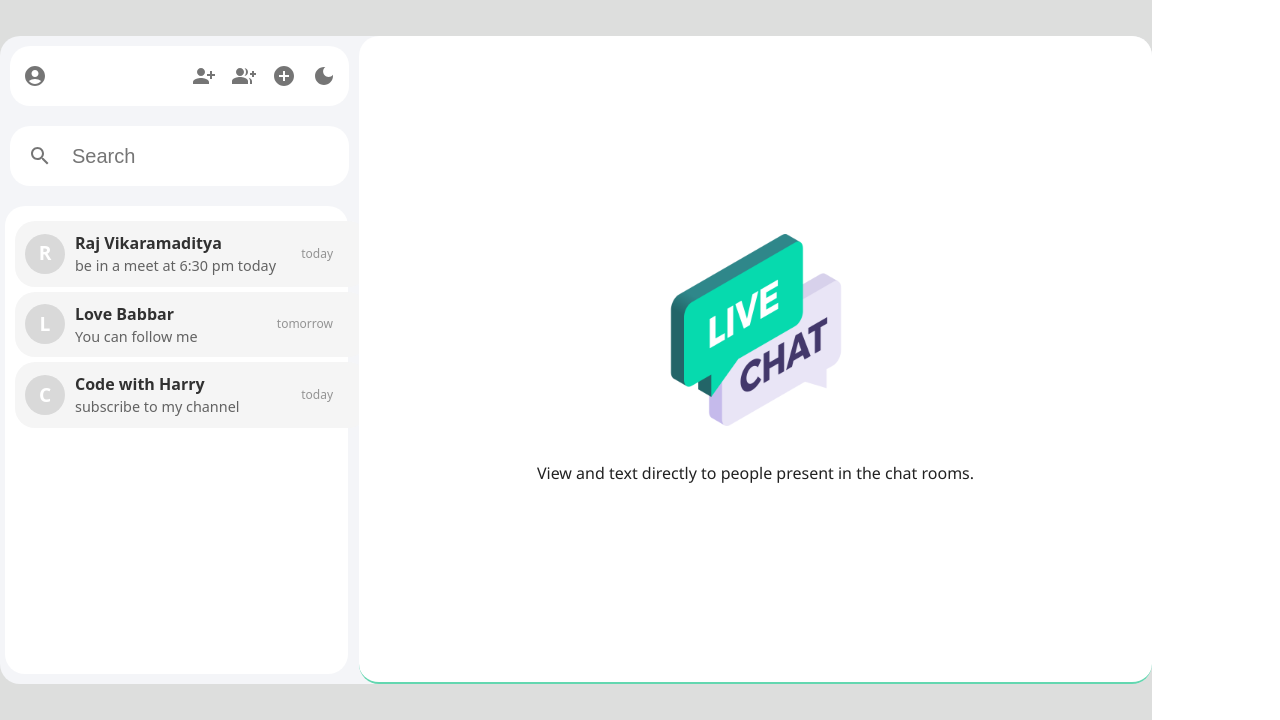
Repository: rahul-chakradhari/chat_app
Page: /
These files come from the project's save history. The page is drawn as it stood at one moment and after the next save; the edit follows.
The browser window is 1280 px wide. The pictures show the whole page.
The project was rebuilt for these pictures with package versions that can differ from the ones it lists, and the page was loaded fresh each time. Also part of the build but not shown: vite.config.js, src/components/Messagebyme.jsx, src/components/Messagebyothers.jsx, src/components/Chatarea.jsx.

Above is the page before, as saved 2025-02-28 19:35:00.

After the next save:
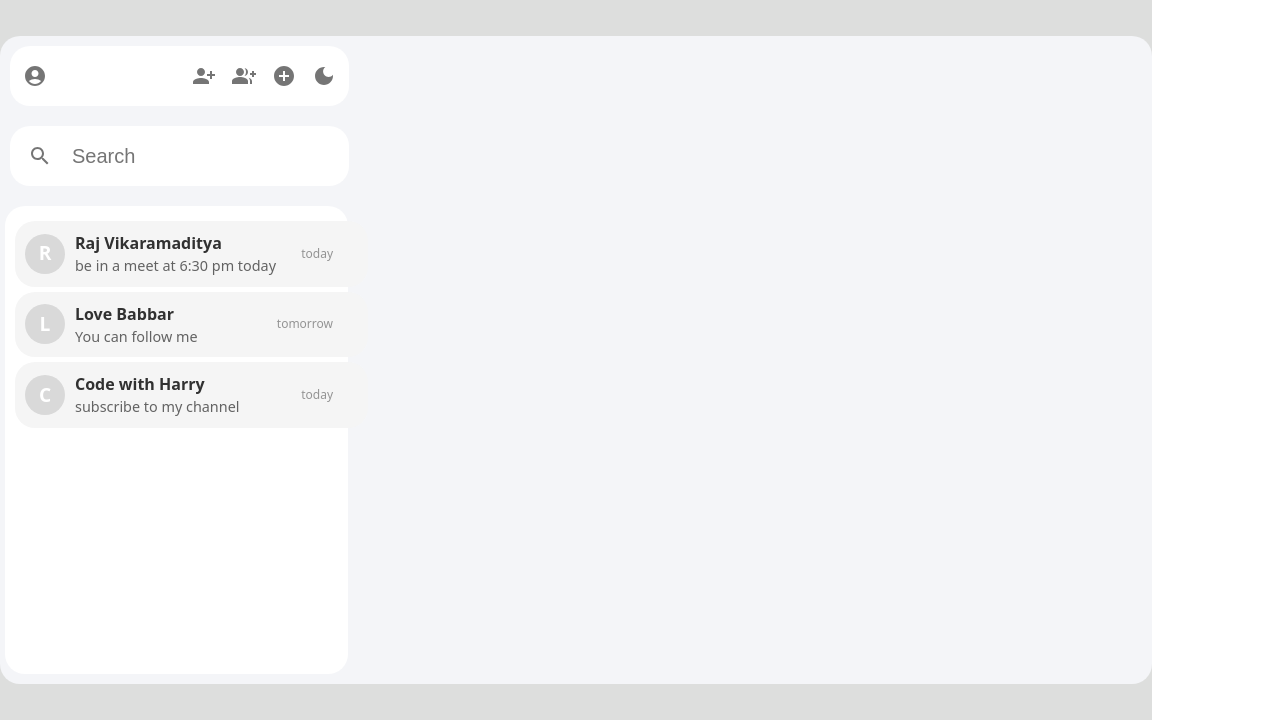
Saved 5 min 11 s later.
--- a/src/components/Maincontainer.jsx
+++ b/src/components/Maincontainer.jsx
@@ -7,7 +7,7 @@ const Maincontainer = () => {
   return (
     <div className="main">
       <Sidebar />
-      <Welcome />
+      {/*<Welcome />*/}
       {/*<Chatarea />*/}
     </div>
   );
